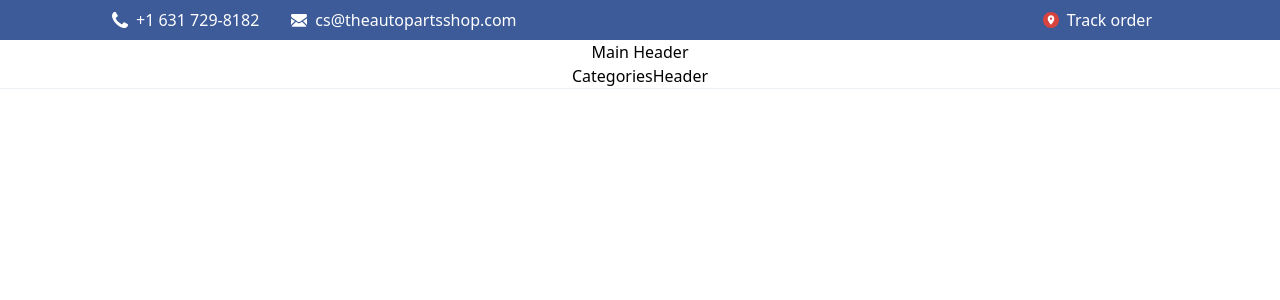
Repository: robindhimanspineor/TAPS-Next
Page: /
The author's editor kept a copy of each file at every save. The page is drawn from the files as they stood at one save, then again after the next save.
The browser window is 1280 px wide. The pictures show the whole page.
The project was rebuilt for these pictures with package versions that can differ from the ones it lists, and the page was loaded fresh each time. The framework's server and built-in components were replaced by stand-ins that run in the browser. Also part of the build but not shown: next.config.js.

Above is the page before, as saved 2021-09-16 16:24:13.

After the next save:
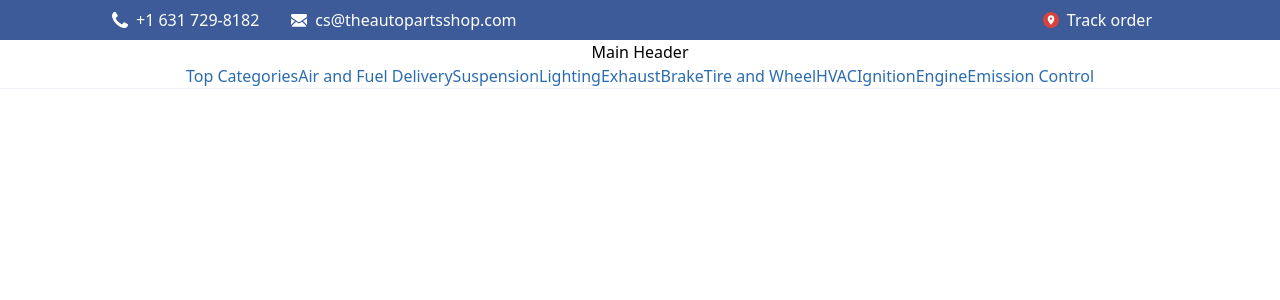
Saved 4 min 59 s later.
--- a/src/components/common/header/categories-header.tsx
+++ b/src/components/common/header/categories-header.tsx
@@ -1,5 +1,20 @@
+import Link from 'next/link';
 const CategoriesHeader = () => {
-  return <h1>CategoriesHeader</h1>;
+  return (
+    <div className="header-categories">
+      <Link href="/">Top Categories</Link>
+      <Link href="/air-and-fuel-delivery">Air and Fuel Delivery</Link>
+      <Link href="/suspension">Suspension</Link>
+      <Link href="/electrical-lighting-and-body">Lighting</Link>
+      <Link href="/exhaust">Exhaust</Link>
+      <Link href="/brake">Brake</Link>
+      <Link href="/tire-and-wheel">Tire and Wheel</Link>
+      <Link href="/hvac">HVAC</Link>
+      <Link href="/ignition">Ignition</Link>
+      <Link href="/engine">Engine</Link>
+      <Link href="/emission-control">Emission Control</Link>
+    </div>
+  );
 };
 
 export default CategoriesHeader;
